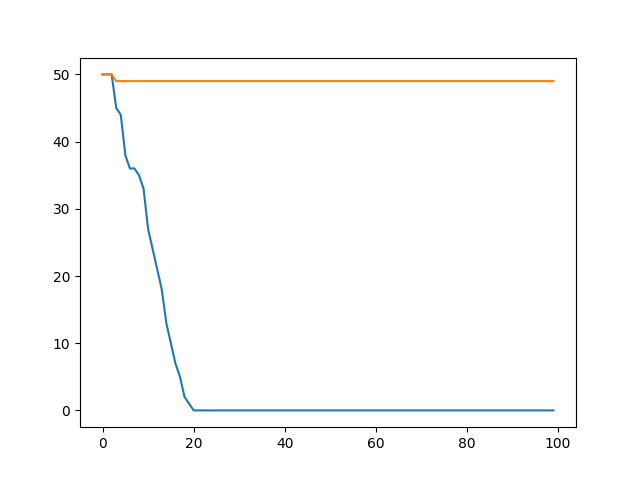
Repository: PatLaCisay/python-hawkdove-master
Script's output: python hawkdove.py
An editor plug-in stored every save of this project. The script's output is shown before and after the next save, followed by the edit.
Random numbers start from a fixed seed.

Above is the script's output before, as saved 2023-03-07 11:34:03.

### hawkdove.py
#!/usr/bin/python
from random import choice, randint
from time import perf_counter

STARTING_DOVES = 50
STARTING_HAWKS = 50
STARTING_POPULATION = STARTING_HAWKS + STARTING_DOVES

ROUNDS = 100
STARTING_ENERGY = 100

MIN_FOOD_PER_ROUND = 20
MAX_FOOD_PER_ROUND = 70

ENERGY_REQUIRED_FOR_REPRODUCTION = 20000
ENERGY_LOSS_PER_ROUND = 2 #C
ENERGY_COST_OF_BLUFFING = 10
ENERGY_LOSS_FROM_FIGHTING = 200

ENERGY = 20

ENERGY_REQUIRED_FOR_LIVING = 20

STATUS_ACTIVE = "active"
STATUS_ASLEEP = "asleep"

TYPE_HAWK = "hawk"
TYPE_DOVE = "dove"

agents = []

# Graph stuff
graph_hawk_points = []
graph_dove_points = []

# Profiling


class Agent:
	id = 0
	agent_type = None
	status = STATUS_ACTIVE
	energy = STARTING_ENERGY


def main():
	init()

	current_round = 1
	death_count = 0
	dead_hawks  = 0
	dead_doves  = 0
	breed_count = 0
	main_tic = perf_counter()

	while current_round <= ROUNDS and len(agents) > 2:
		tic = perf_counter()
		awakenAgents()
		food = getFood()

		# This could be optimized further by creating a list every time
		# that only has active agents, so it isn't iterating over entire list every time
		while True:
			agent, nemesis = getRandomAgents()
			if agent is None or nemesis is None: break
			compete(agent, nemesis, food)

		# Energy cost of 'living'
		for agent in agents:
			agent.energy -= ENERGY_LOSS_PER_ROUND

		round_dead_hawks, round_dead_doves = cull()
		round_hawk_babies, round_dove_babies = breed()
		death_count += (round_dead_hawks + round_dead_doves)
		breed_count += (round_hawk_babies + round_dove_babies)


		toc = perf_counter()

		print("ROUND %d" % current_round)
		print("Food produced          : %d" % food)
		print("Population             : Hawks-> %d, Doves-> %d" % (getAgentCountByType(TYPE_HAWK), getAgentCountByType(TYPE_DOVE)))
		print("Dead hawks             : %d" % round_dead_hawks)
		print("Dead doves             : %d" % round_dead_doves)
		print("Hawk babies            : %s" % round_hawk_babies)
		print("Dove babies            : %s" % round_dove_babies)
		print("Hawks                  : %s" % getPercByType(TYPE_HAWK))
		print("Doves                  : %s" % getPercByType(TYPE_DOVE))
		print("----")
		print("Round Processing time  : %s" % getTimeFormatted(toc - tic))
		print("Elapsed time           : %s\n" % getTimeFormatted(perf_counter() - main_tic))

		# Plot
		graph_hawk_points.append(getAgentCountByType(TYPE_HAWK))
		graph_dove_points.append(getAgentCountByType(TYPE_DOVE))

		current_round += 1


	main_toc = perf_counter()

	print("=============================================================")
	print("Total dead agents      : %d" % death_count)
	print("Total breeding agents  : %d" % breed_count)
	print("Total rounds completed : %d" % (current_round - 1))
	print("Total population size  : %s" % len(agents))
	print("Hawks                  : %s" % getPercByType(TYPE_HAWK))
	print("Doves                  : %s" % getPercByType(TYPE_DOVE))
	print("Processing time        : %s" % getTimeFormatted(main_toc - main_tic))
	print("=============================================================")


def init():

	for x in range(0,STARTING_DOVES):
		a = Agent()
		a.agent_type = TYPE_DOVE
		agents.append(a)

	for x2 in range(0,STARTING_HAWKS):
		a2 = Agent()
		a2.agent_type = TYPE_HAWK
		agents.append(a2)


def getAvgFromList(list):
	return float( sum(list) / len(list) )


def getTimeFormatted(seconds):
	m, s = divmod(seconds, 60)
	return "%02d:%02d" % (m, s)


def getFood():
	return randint(MIN_FOOD_PER_ROUND, MAX_FOOD_PER_ROUND)


def getPercByType(agent_type):
	perc = float(getAgentCountByType(agent_type)) / float(len(agents))
	return '{percent:.2%}'.format(percent=perc)


def getAliveAgentsCount():
	return getAgentCountByStatus(STATUS_ACTIVE) + getAgentCountByStatus(STATUS_ASLEEP)


def getRandomAgents():
	nemesis = None
	active_agents = list(generateAgentsByStatus(STATUS_ACTIVE))
	if len(active_agents) < 2:
		return None, None
	max_index = len(active_agents) - 1
	agent = active_agents[ randint(0, max_index) ]
	while nemesis is None:
		n = active_agents[ randint(0, max_index) ]
		if n is not agent:
			nemesis = n

	return agent, nemesis


def awakenAgents():
	for agent in agents:
		agent.status = STATUS_ACTIVE


def generateAgentsByType(agent_type):
	for agent in agents:
		if agent.agent_type == agent_type:
			yield agent


def generateAgentsByStatus(status):
	for agent in agents:
		if agent.status == status:
			yield agent


def getEnergyFromFood(food):
	return food # 1 to 1


def getAgentCountByStatus(status):
	count = len( list(generateAgentsByStatus(status)) )
	return count


def getAgentCountByType(agent_type):
	return len( list(generateAgentsByType(agent_type)) )


def compete(agent, nemesis, food):
	winner = choice([agent, nemesis])
	loser = agent if (winner is nemesis) else nemesis

	if agent.agent_type == TYPE_HAWK and nemesis.agent_type == TYPE_HAWK:
		# Random winner chosen, loser gets injured, winner gets food
		winner.energy += getEnergyFromFood(food)
		loser.energy  -= ENERGY

	if agent.agent_type == TYPE_HAWK and nemesis.agent_type == TYPE_DOVE:
		agent.energy += getEnergyFromFood(food)
		nemesis.energy -= ENERGY

	if agent.agent_type == TYPE_DOVE and nemesis.agent_type == TYPE_HAWK:
		nemesis.energy += getEnergyFromFood(food)
		agent.energy -= ENERGY

	if agent.agent_type == TYPE_DOVE and nemesis.agent_type == TYPE_DOVE:
		agent.energy += getEnergyFromFood(food)/2
		nemesis.energy += getEnergyFromFood(food)/2
		loser.energy  -= ENERGY

	nemesis.status = agent.status = STATUS_ASLEEP


def getNewAgent(agent_type, starting_energy=STARTING_ENERGY, status=STATUS_ASLEEP):
	agent = Agent()
	agent.agent_type = agent_type
	agent.status = status
	agent.energy = starting_energy
	return agent


def breed():
	"""
	If agent can breed, it halves its energy and produces
	two babies with starting energy (parent energy / 2)
	"""
	hawk_babies = 0
	dove_babies = 0
	for agent in agents:
		if agent.energy > ENERGY_REQUIRED_FOR_REPRODUCTION:
			baby_agent_a = getNewAgent(agent.agent_type, (agent.energy/2))
			baby_agent_b = getNewAgent(agent.agent_type, (agent.energy/2))

			agents.append(baby_agent_b)
			agents.append(baby_agent_a)

			agent.energy /= 2

			if agent.agent_type == TYPE_DOVE: dove_babies += 2
			if agent.agent_type == TYPE_HAWK: hawk_babies += 2


	return hawk_babies, dove_babies


def cull():

	dead_hawks = 0
	dead_doves = 0
	for index, agent in enumerate(agents):
		if agent.energy < ENERGY_REQUIRED_FOR_LIVING:
			if agent.agent_type == TYPE_DOVE: dead_doves += 1
			if agent.agent_type == TYPE_HAWK: dead_hawks += 1
			del agents[index]


	return dead_hawks, dead_doves


main()

try:
	from pylab import *
except ImportError:
	exit()
else:
	plot(graph_dove_points)
	plot(graph_hawk_points)
	show()

After the next save:
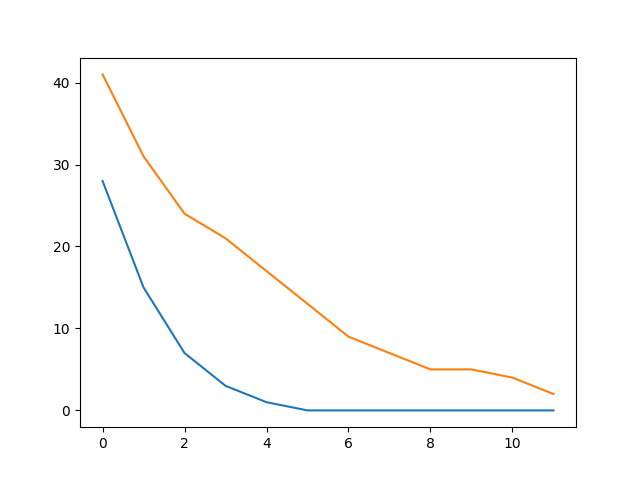
Saved 22 s later.
--- a/hawkdove.py
+++ b/hawkdove.py
@@ -17,7 +17,7 @@ ENERGY_LOSS_PER_ROUND = 2 #C
 ENERGY_COST_OF_BLUFFING = 10
 ENERGY_LOSS_FROM_FIGHTING = 200
 
-ENERGY = 20
+ENERGY = 200
 
 ENERGY_REQUIRED_FOR_LIVING = 20
 
